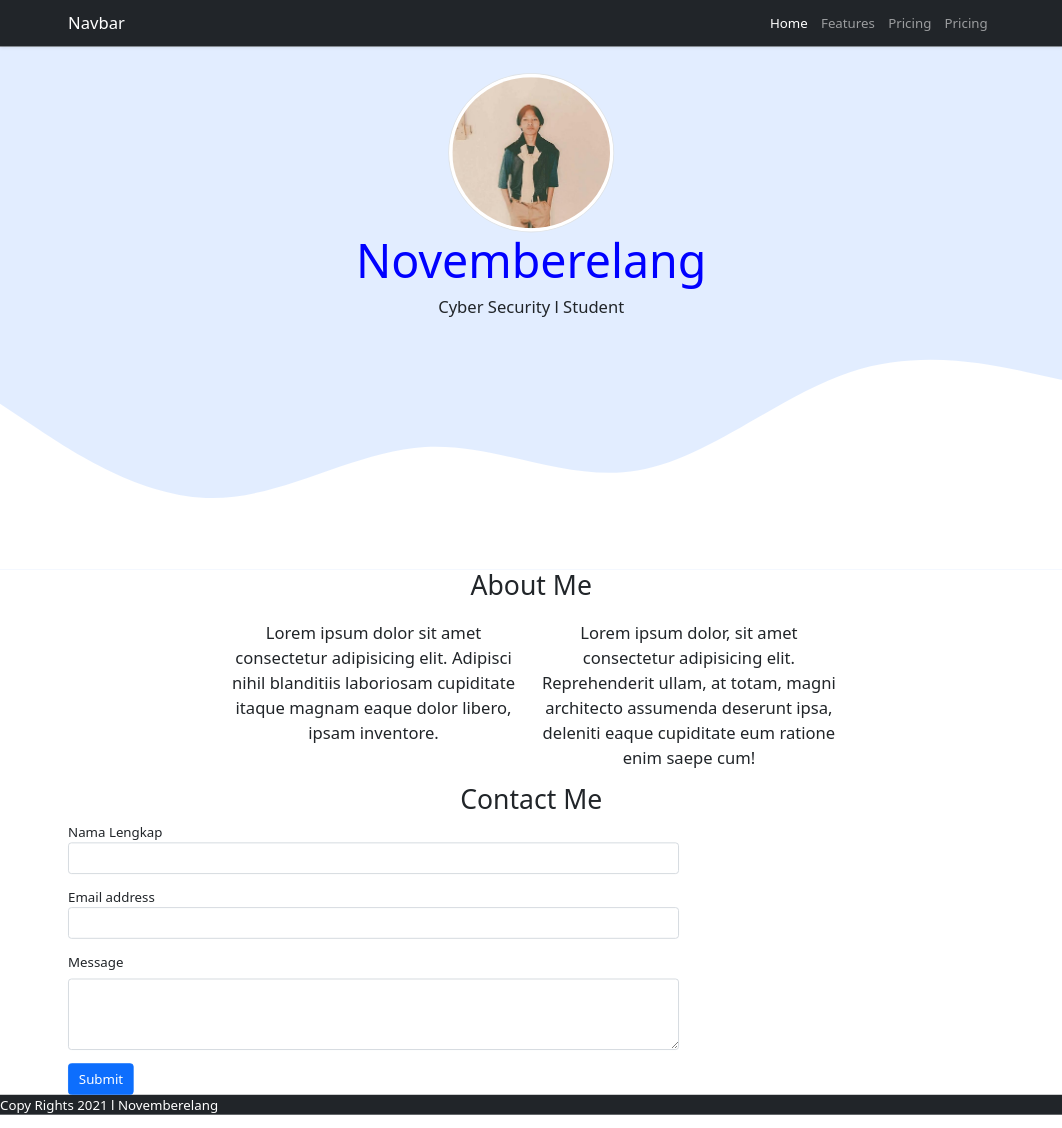
Repository: Novemberdad/gemilangtech.github.io
Page: index.html
An editor plug-in stored every save of this project. The page is shown before and after the next save, followed by the edit.
The browser window is 1280 px wide. The pictures show the whole page, at 83% of full size.

Above is the page before, as saved 2021-07-21 00:34:08.

### index.html
<!DOCTYPE html>
<html lang="en">

<head>
    <!-- Required meta tags -->
    <meta charset="utf-8" />
    <meta name="viewport" content="width=device-width, initial-scale=1" />

    <!-- Bootstrap CSS -->
    <link href="https://cdn.jsdelivr.net/npm/bootstrap@5.0.2/dist/css/bootstrap.min.css" rel="stylesheet" integrity="sha384-EVSTQN3/azprG1Anm3QDgpJLIm9Nao0Yz1ztcQTwFspd3yD65VohhpuuCOmLASjC" crossorigin="anonymous" />

    <!--My CSS-->
    <link rel="stylesheet" href="style.css" />
    <title>My Portofoliio</title>
    <style>
        h1 {
            text-align: center;
            color: blue;
        }
    </style>
</head>

<body>
    <!--NAVBAR-->
    <nav class="navbar navbar-expand-lg navbar-dark bg-dark shadow-sm">
        <div class="container">
            <a class="navbar-brand" href="#">Navbar</a>
            <button class="navbar-toggler" type="button" data-bs-toggle="collapse" data-bs-target="#navbarNav" aria-controls="navbarNav" aria-expanded="false" aria-label="Toggle navigation">
          <span class="navbar-toggler-icon"></span>
        </button>
            <div class="collapse navbar-collapse" id="navbarNav">
                <ul class="navbar-nav ms-auto">
                    <li class="nav-item">
                        <a class="nav-link active" aria-current="page" href="#">Home</a>
                    </li>
                    <li class="nav-item">
                        <a class="nav-link" href="#">Features</a>
                    </li>
                    <li class="nav-item">
                        <a class="nav-link" href="#">Pricing</a>
                    </li>
                    <li class="nav-item">
                        <a class="nav-link" href="#">Pricing</a>
                    </li>
                </ul>
            </div>
        </div>
    </nav>
    <!--AKHIR NAVBAR-->

    <!--jumbortron-->
    <section class="jumbotron text-center">
        <img src="image/logo.jpg" alt="logo" width="200" class="rounded-circle img-thumbnail" />
        <h1 class="display-4">Novemberelang</h1>
        <p class="lead">Cyber Security l Student</p>
        <svg xmlns="http://www.w3.org/2000/svg" viewBox="0 0 1440 320">
        <path
          fill="#ffffff"
          fill-opacity="1"
          d="M0,96L48,128C96,160,192,224,288,224C384,224,480,160,576,154.7C672,149,768,203,864,186.7C960,171,1056,85,1152,53.3C1248,21,1344,43,1392,53.3L1440,64L1440,320L1392,320C1344,320,1248,320,1152,320C1056,320,960,320,864,320C768,320,672,320,576,320C480,320,384,320,288,320C192,320,96,320,48,320L0,320Z"
        ></path>
      </svg>
    </section>
    <!--akhir jumbotron-->

    <!--about-->
    <section id="about">
        <div class="container">
            <div class="row text-center mb-3">
                <div class="col">
                    <h2>About Me</h2>
                </div>
            </div>
            <div class="row justify-content-center fs-5 text-center">
                <div class="col-4">
                    <p>Lorem ipsum dolor sit amet consectetur adipisicing elit. Adipisci nihil blanditiis laboriosam cupiditate itaque magnam eaque dolor libero, ipsam inventore.</p>
                </div>
                <div class="col-4">
                    <p>Lorem ipsum dolor, sit amet consectetur adipisicing elit. Reprehenderit ullam, at totam, magni architecto assumenda deserunt ipsa, deleniti eaque cupiditate eum ratione enim saepe cum!</p>
                </div>
            </div>
    </section>
    <!--akhir about-->


    <!--kontak-->
    <section id="contact">
        <div class="container">
            <div class="row text-center justify-content-center">
                <div class="col">
                    <h2> Contact Me</h2>
                </div>
            </div>
            <div class="row">
                <div class="col-md-8">
                    <form>
                        <div class="mb-3">
                            <label for="exampleInputEmail1">Nama Lengkap</label>
                            <input type="email" class="form-control" id="exampleInputEmail1" aria-describedby="NamaLengkap">
                        </div>
                        <div class="mb-3">
                            <label for="exampleInputEmail1">Email address</label>
                            <input type="email" class="form-control" id="exampleInputEmail1" aria-describedby="emailHelp">
                        </div>
                        <div class="mb-3">
                            <label for="exampleFormControlTextarea1" class="form-label">Message</label>
                            <textarea class="form-control" id="exampleFormControlTextarea1" rows="3"></textarea>
                        </div>
                        <button type="submit" class="btn btn-primary">Submit</button>
                    </form>
                </div>
            </div>
        </div>


    </section>
    <!--akhir kontak-->

    <!--footer-->
    <footer class="bg-dark text-white">
        <p>
            Copy Rights 2021 l Novemberelang
        </p>
    </footer>
    <!--akhir footer-->



    <script src="https://cdn.jsdelivr.net/npm/bootstrap@5.0.2/dist/js/bootstrap.bundle.min.js" integrity="sha384-MrcW6ZMFYlzcLA8Nl+NtUVF0sA7MsXsP1UyJoMp4YLEuNSfAP+JcXn/tWtIaxVXM" crossorigin="anonymous"></script>

    <!-- Option 2: Separate Popper and Bootstrap JS -->
    <!--
    <script src="https://cdn.jsdelivr.net/npm/@popperjs/core@2.9.2/dist/umd/popper.min.js" integrity="sha384-IQsoLXl5PILFhosVNubq5LC7Qb9DXgDA9i+tQ8Zj3iwWAwPtgFTxbJ8NT4GN1R8p" crossorigin="anonymous"></script>
    <script src="https://cdn.jsdelivr.net/npm/bootstrap@5.0.2/dist/js/bootstrap.min.js" integrity="sha384-cVKIPhGWiC2Al4u+LWgxfKTRIcfu0JTxR+EQDz/bgldoEyl4H0zUF0QKbrJ0EcQF" crossorigin="anonymous"></script>
    -->
</body>

</html>

### style.css
.jumbotron {
    padding-top: 2rem;
    background-color: #e2edff;
}

After the next save:
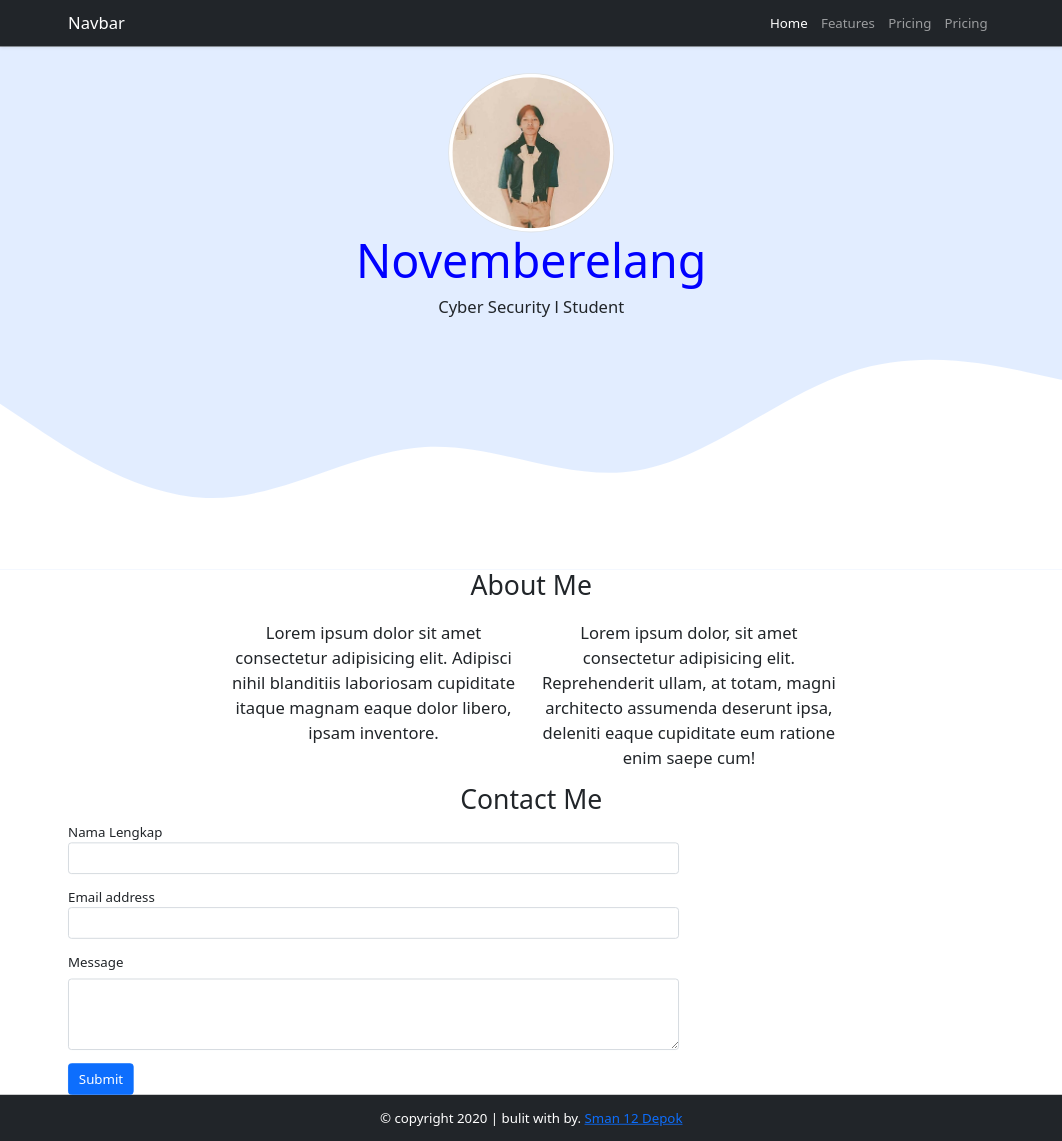
Saved 36 s later.
--- a/index.html
+++ b/index.html
@@ -117,10 +117,14 @@
     <!--akhir kontak-->
 
     <!--footer-->
-    <footer class="bg-dark text-white">
-        <p>
-            Copy Rights 2021 l Novemberelang
-        </p>
+    <footer class="bg-dark text-white ">
+        <div class="container ">
+            <div class="row pt-3 ">
+                <div class="col text-center ">
+                    <p>&copy; copyright 2020 | bulit with by. <a href="http://instagram.com/sman12depok.official">Sman 12 Depok</a></p>
+                </div>
+            </div>
+        </div>
     </footer>
     <!--akhir footer-->
 
